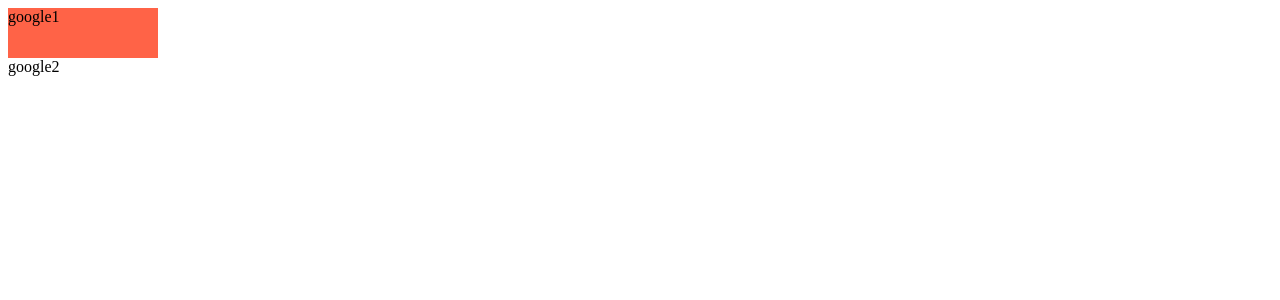
Repository: sangah-park98/jsp-class
Page: k20230503_1_html/src/main/webapp/13_a.html
These files come from the project's save history. The page is drawn as it stood at one moment and after the next save; the edit follows.
The browser window is 1280 px wide. The pictures show the whole page.

Above is the page before, as saved 2023-05-03 06:06:47.

After the next save:
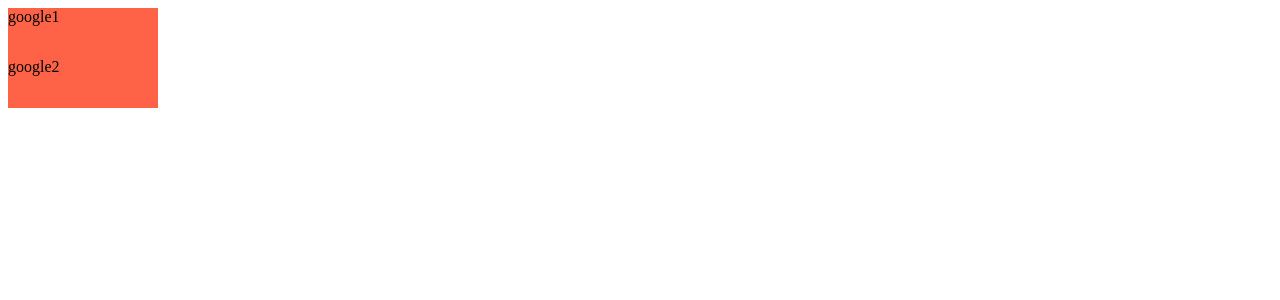
Saved 48 s later.
--- a/k20230503_1_html/src/main/webapp/13_a.html
+++ b/k20230503_1_html/src/main/webapp/13_a.html
@@ -34,7 +34,7 @@
 -->
 
 <a class="btn" href="https://www.google.com/">google1</a>
-<a href="https://www.google.com/" target="blank">google2</a>
+<a class="btn" href="https://www.google.com/" target="blank">google2</a>
 
 </body>
 </html>
